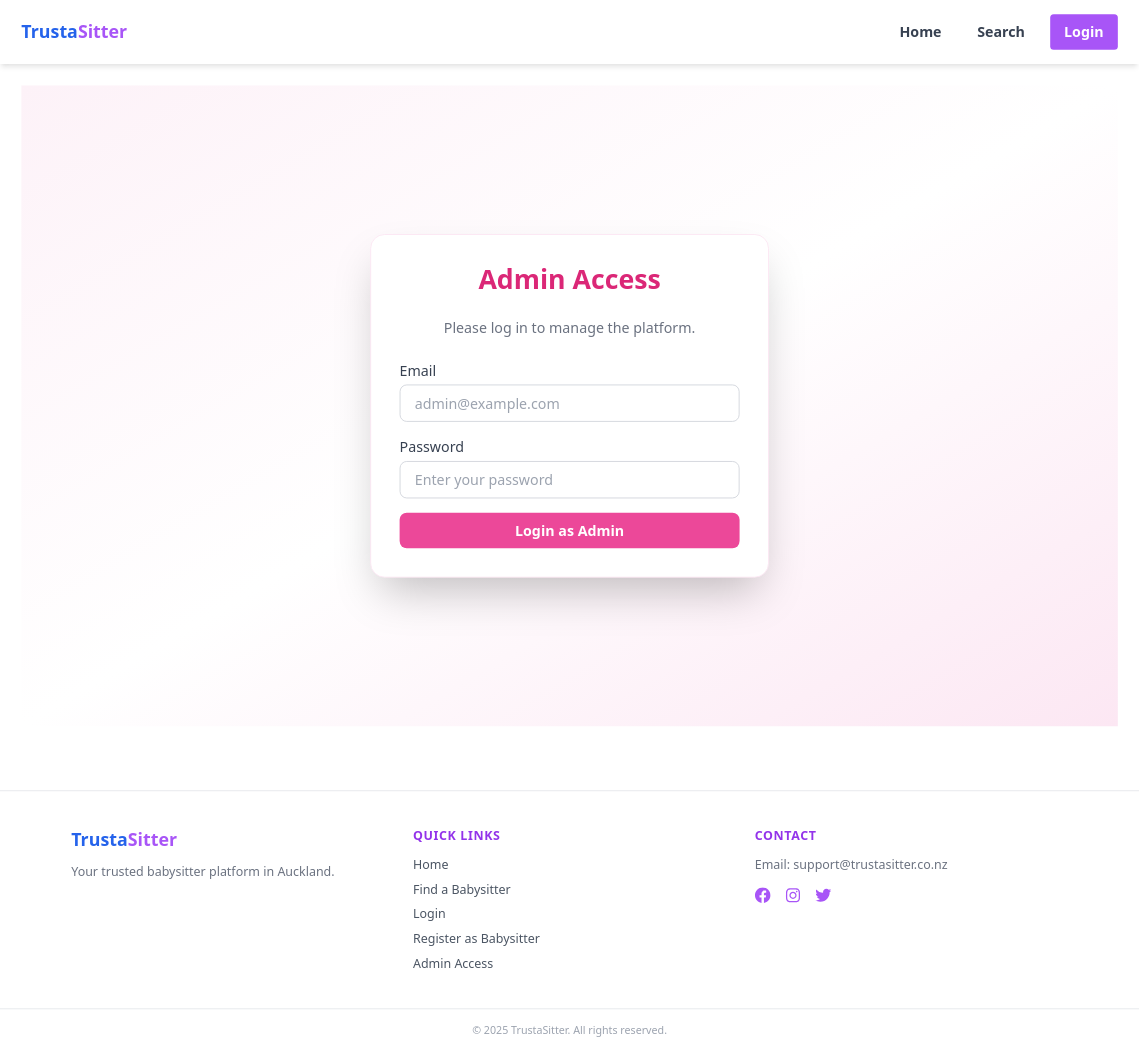
Repository: LargeWC-Code/TrustaSitter
Page: /admin-login (app in trustasitter-frontend/)
An editor plug-in stored every save of this project. The page is shown before and after the next save, followed by the edit.
The browser window is 1280 px wide. The pictures show the whole page, at 89% of full size.
The project was rebuilt for these pictures with package versions that can differ from the ones it lists, and the page was loaded fresh each time. Also part of the build but not shown: trustasitter-frontend/vite.config.js, trustasitter-frontend/src/pages/Home.jsx, trustasitter-frontend/src/pages/Search.jsx, trustasitter-frontend/src/services/api.js, trustasitter-frontend/src/pages/Login.jsx, trustasitter-frontend/src/pages/Bookings.jsx, trustasitter-frontend/src/pages/ChooseRole.jsx, trustasitter-frontend/src/pages/RegisterBabysitter.jsx and 7 more.

Above is the page before, as saved 2025-07-03 17:01:13.

### trustasitter-frontend/index.html
<!doctype html>
<html lang="en">
  <head>
    <meta charset="UTF-8" />
    <link rel="icon" type="image/png" href="/image.png" />
    <meta name="viewport" content="width=device-width, initial-scale=1.0" />
    <title>TrustaSitter</title>
  </head>
  <body>
    <div id="root"></div>
    <script type="module" src="/src/main.jsx"></script>
  </body>
</html>

### trustasitter-frontend/src/main.jsx
import React from 'react';
import ReactDOM from 'react-dom/client';
import App from './App';
import './index.css'; // Importing global styles
import { BrowserRouter } from 'react-router-dom';
import { AuthProvider } from './context/AuthContext';

ReactDOM.createRoot(document.getElementById('root')).render(
  <React.StrictMode>
    <AuthProvider>
        <App />
      </AuthProvider>
    </React.StrictMode>
);

### trustasitter-frontend/src/App.jsx
// App.jsx – Router setup with Navbar
import React from 'react';
import { BrowserRouter as Router, Routes, Route } from 'react-router-dom';

import Navbar from './components/Navbar';
import Footer from './components/Footer';
import Home from './pages/Home';
import Search from './pages/Search';
import Login from './pages/Login';
import Bookings from './pages/Bookings';
import ChooseRole from './pages/ChooseRole';
import RegisterBabysitter from './pages/RegisterBabysitter';
import RegisterClient from './pages/RegisterClient';
import HomeClient from './pages/HomeClient';
import HomeBabysitter from './pages/HomeBabysitter';
import ProfileBabysitter from "./pages/ProfileBabysitter";
import ProfileClient from './pages/ProfileClient';
import ScrollToTop from './components/ScrollToTop';
import ProtectedRoute from './components/ProtectedRoute';
import AdminDashboard from "./pages/AdminDashboard";
import AdminLogin from './pages/AdminLogin';

const App = () => {
  return (
    <Router>
      <ScrollToTop />
      <Navbar />
      <div className="p-6">
        <Routes>
          {/* Admin Login */}
          <Route path="/admin-login" element={<AdminLogin />} />

          {/* Admin Protected */}
          <Route
            path="/admin"
            element={
              <ProtectedRoute allowedRoles={["admin"]}>
                <AdminDashboard />
              </ProtectedRoute>
            }
          />

          {/* Public Routes */}
          <Route path="/" element={<Home />} />
          <Route path="/search" element={<Search />} />
          <Route path="/login" element={<Login />} />
          <Route path="/choose-role" element={<ChooseRole />} />
          <Route path="/register-babysitter" element={<RegisterBabysitter />} />
          <Route path="/register-client" element={<RegisterClient />} />

          {/* Protected Routes for Clients */}
          <Route
            path="/homeclient"
            element={
              <ProtectedRoute allowedRoles={["user"]}>
                <HomeClient />
              </ProtectedRoute>
            }
          />
          <Route
            path="/bookings"
            element={
              <ProtectedRoute allowedRoles={["user"]}>
                <Bookings />
              </ProtectedRoute>
            }
          />
          <Route
            path="/profile-client"
            element={
              <ProtectedRoute allowedRoles={["user"]}>
                <ProfileClient />
              </ProtectedRoute>
            }
          />

          {/* Protected Routes for Babysitters */}
          <Route
            path="/home-babysitter"
            element={
              <ProtectedRoute allowedRoles={["babysitter"]}>
                <HomeBabysitter />
              </ProtectedRoute>
            }
          />
          <Route
            path="/profile"
            element={
              <ProtectedRoute allowedRoles={["babysitter"]}>
                <ProfileBabysitter />
              </ProtectedRoute>
            }
          />
        </Routes>
      </div>
      <Footer />
    </Router>
  );
};

export default App;

### trustasitter-frontend/src/context/AuthContext.jsx
import React, { createContext, useState, useEffect } from "react";

export const AuthContext = createContext();

export const AuthProvider = ({ children }) => {
  const [user, setUser] = useState(null);
  const [token, setToken] = useState(null);
  const [role, setRole] = useState(null);
  const [isLoading, setIsLoading] = useState(true); // Indicates that charging has not finished

  useEffect(() => {
    const storedToken = localStorage.getItem("token");
    const storedUser = localStorage.getItem("user");
    const storedRole = localStorage.getItem("role");
    if (storedToken && storedUser) {
      setToken(storedToken);
      setUser(JSON.parse(storedUser));
      setRole(storedRole);
    }
    setIsLoading(false); // Indicates that charging has finished
  }, []);

  const login = (data) => {
    setToken(data.token);
    setUser(data.user);
    setRole(data.role);
    localStorage.setItem("token", data.token);
    localStorage.setItem("user", JSON.stringify(data.user));
    localStorage.setItem("role", data.role);
  };

  const logout = () => {
    setToken(null);
    setUser(null);
    setRole(null);
    localStorage.removeItem("token");
    localStorage.removeItem("user");
    localStorage.removeItem("role");
  };

  return (
    <AuthContext.Provider value={{ user, token, role, isLoading, login, logout }}>
      {children}
    </AuthContext.Provider>
  );
};

### trustasitter-frontend/src/components/Navbar.jsx
import React, { useContext } from "react";
import { Link, useNavigate } from "react-router-dom";
import { AuthContext } from "../context/AuthContext";

function Navbar() {
  const { user, role, logout } = useContext(AuthContext);
  const navigate = useNavigate();

  const handleLogout = () => {
    logout();
    navigate("/");
  };

  return (
    <nav className="bg-white shadow-md px-6 py-4 flex justify-between items-center">
      {/* Logo */}
      <div className="text-xl font-bold">
        <Link to="/" className="text-xl font-bold">
          <span className="text-blue-600">Trusta</span>
          <span className="text-purple-500">Sitter</span>
        </Link>
      </div>

      {/* Navigation Links */}
      <div className="flex items-center gap-4">
        <Link
          to="/"
          className="text-gray-700 font-semibold px-3 py-2 rounded hover:bg-purple-50 hover:text-purple-600 transition"
        >
          Home
        </Link>
        {role !== "babysitter" && (
          <Link
            to="/search"
            className="text-gray-700 font-semibold px-3 py-2 rounded hover:bg-purple-50 hover:text-purple-600 transition"
          >
            Search
          </Link>
        )}

        {!user && (
          <Link
            to="/login"
            className="bg-purple-500 hover:bg-purple-600 text-white font-semibold px-4 py-2 rounded transition"
          >
            Login
          </Link>
        )}

        {user && (
          <>
            {/* Dashboard link based on role */}
            <Link
              to={role === "user" ? "/homeclient" : "/home-babysitter"}
              className="text-gray-700 font-semibold px-3 py-2 rounded hover:bg-purple-50 hover:text-purple-600 transition"
            >
              Dashboard
            </Link>

            {/* Profile link based on role */}
            <Link
              to={role === "user" ? "/profile-client" : "/profile"}
              className="text-gray-700 font-semibold px-3 py-2 rounded hover:bg-purple-50 hover:text-purple-600 transition"
            >
              My Profile
            </Link>

            <button
              onClick={handleLogout}
              className="bg-red-500 hover:bg-red-600 text-white font-semibold px-4 py-2 rounded transition"
            >
              Logout
            </button>
          </>
        )}
      </div>
    </nav>
  );
}

export default Navbar;

### trustasitter-frontend/src/components/Footer.jsx
import React from 'react';
import { Link } from 'react-router-dom';
import { FaFacebook, FaInstagram, FaTwitter } from 'react-icons/fa';

const Footer = () => {
  return (
    <footer className="bg-white border-t mt-12">
      <div className="max-w-6xl mx-auto px-4 py-10 grid md:grid-cols-3 gap-8 text-sm text-gray-600">
        {/* Logo and description */}
        <div>
          <h2 className="text-xl font-bold mb-3">
            <span className="text-blue-600">Trusta</span>
            <span className="text-purple-500">Sitter</span>
          </h2>
          <p className="text-gray-500">Your trusted babysitter platform in Auckland.</p>
        </div>

        {/* Quick Links */}
        <div>
          <h3 className="font-semibold mb-3 text-purple-600 uppercase tracking-wider">Quick Links</h3>
          <ul className="space-y-2">
            <li>
              <Link
                to="/"
                onClick={() => window.scrollTo(0, 0)}
                className="hover:underline hover:text-purple-600 transition"
              >
                Home
              </Link>
            </li>
            <li>
              <Link
                to="/search"
                onClick={() => window.scrollTo(0, 0)}
                className="hover:underline hover:text-purple-600 transition"
              >
                Find a Babysitter
              </Link>
            </li>
            <li>
              <Link
                to="/login"
                onClick={() => window.scrollTo(0, 0)}
                className="hover:underline hover:text-purple-600 transition"
              >
                Login
              </Link>
            </li>
            <li>
              <Link
                to="/register-babysitter"
                onClick={() => window.scrollTo(0, 0)}
                className="hover:underline hover:text-purple-600 transition"
              >
                Register as Babysitter
              </Link>
            </li>
            <li>
              <Link
                to="/admin-login"
                onClick={() => window.scrollTo(0, 0)}
                className="hover:underline hover:text-purple-600 transition"
              >
                Admin Access
              </Link>
              </li>
          </ul>
        </div>

        {/* Contact and socials */}
        <div>
          <h3 className="font-semibold mb-3 text-purple-600 uppercase tracking-wider">Contact</h3>
          <p className="text-gray-500">Email: support@trustasitter.co.nz</p>
          <div className="flex space-x-4 mt-4">
            <a href="#" className="text-purple-500 hover:text-purple-700 transition">
              <FaFacebook size={18} />
            </a>
            <a href="#" className="text-purple-500 hover:text-purple-700 transition">
              <FaInstagram size={18} />
            </a>
            <a href="#" className="text-purple-500 hover:text-purple-700 transition">
              <FaTwitter size={18} />
            </a>
          </div>
        </div>
      </div>
      <div className="text-center text-xs text-gray-400 py-4 border-t">
        © {new Date().getFullYear()} TrustaSitter. All rights reserved.
      </div>
    </footer>
  );
};

export default Footer;

### trustasitter-frontend/src/components/ScrollToTop.jsx
import { useEffect } from "react";
import { useLocation } from "react-router-dom";

export default function ScrollToTop() {
  const { pathname } = useLocation();

  useEffect(() => {
    window.scrollTo(0, 0);
  }, [pathname]);

  return null;
}
// This component will scroll to the top of the page whenever the pathname changes.

### trustasitter-frontend/src/pages/AdminLogin.jsx
import React, { useState, useContext } from "react";
import { useNavigate } from "react-router-dom";
import { AuthContext } from "../context/AuthContext";
import axios from "axios";

const AdminLogin = () => {
  const [email, setEmail] = useState("");
  const [password, setPassword] = useState("");
  const [error, setError] = useState("");
  const navigate = useNavigate();
  const { login } = useContext(AuthContext);

  const handleSubmit = async (e) => {
    e.preventDefault();
    setError("");

    try {
      const response = await axios.post("http://localhost:3000/api/admin/login", {
        email,
        password,
      });

      const data = response.data;

      login({
        token: data.token,
        user: data.user,
        role: "admin",
      });

      navigate("/admin");
    } catch (err) {
      console.error("Admin login error:", err);
      setError("Invalid credentials. Please try again.");
    }
  };

  return (
    <main className="flex items-center justify-center min-h-screen bg-gradient-to-br from-pink-50 via-white to-pink-100">
      <div className="w-full max-w-md p-8 bg-white rounded-2xl shadow-2xl border border-pink-100">
        <h2 className="text-3xl font-extrabold text-center mb-6 text-pink-600">
          Admin Access
        </h2>
        <p className="text-center text-gray-500 mb-6">
          Please log in to manage the platform.
        </p>
        {error && (
          <p className="text-red-500 text-center mb-4">{error}</p>
        )}
        <form onSubmit={handleSubmit} className="space-y-4">
          <div>
            <label className="block mb-1 text-gray-700 font-medium">Email</label>
            <input
              type="email"
              value={email}
              onChange={(e) => setEmail(e.target.value)}
              className="w-full px-4 py-2 border border-gray-300 rounded-lg focus:outline-none focus:ring-2 focus:ring-pink-400"
              placeholder="admin@example.com"
              required
            />
          </div>
          <div>
            <label className="block mb-1 text-gray-700 font-medium">Password</label>
            <input
              type="password"
              value={password}
              onChange={(e) => setPassword(e.target.value)}
              className="w-full px-4 py-2 border border-gray-300 rounded-lg focus:outline-none focus:ring-2 focus:ring-pink-400"
              placeholder="Enter your password"
              required
            />
          </div>
          <button
            type="submit"
            className="w-full bg-pink-500 hover:bg-pink-600 text-white py-2 rounded-lg font-semibold transition"
          >
            Login as Admin
          </button>
        </form>
      </div>
    </main>
  );
};

export default AdminLogin;

Loaded but not shown: trustasitter-frontend/src/index.css (common file); trustasitter-frontend/tailwind.config.js (common file)

After the next save:
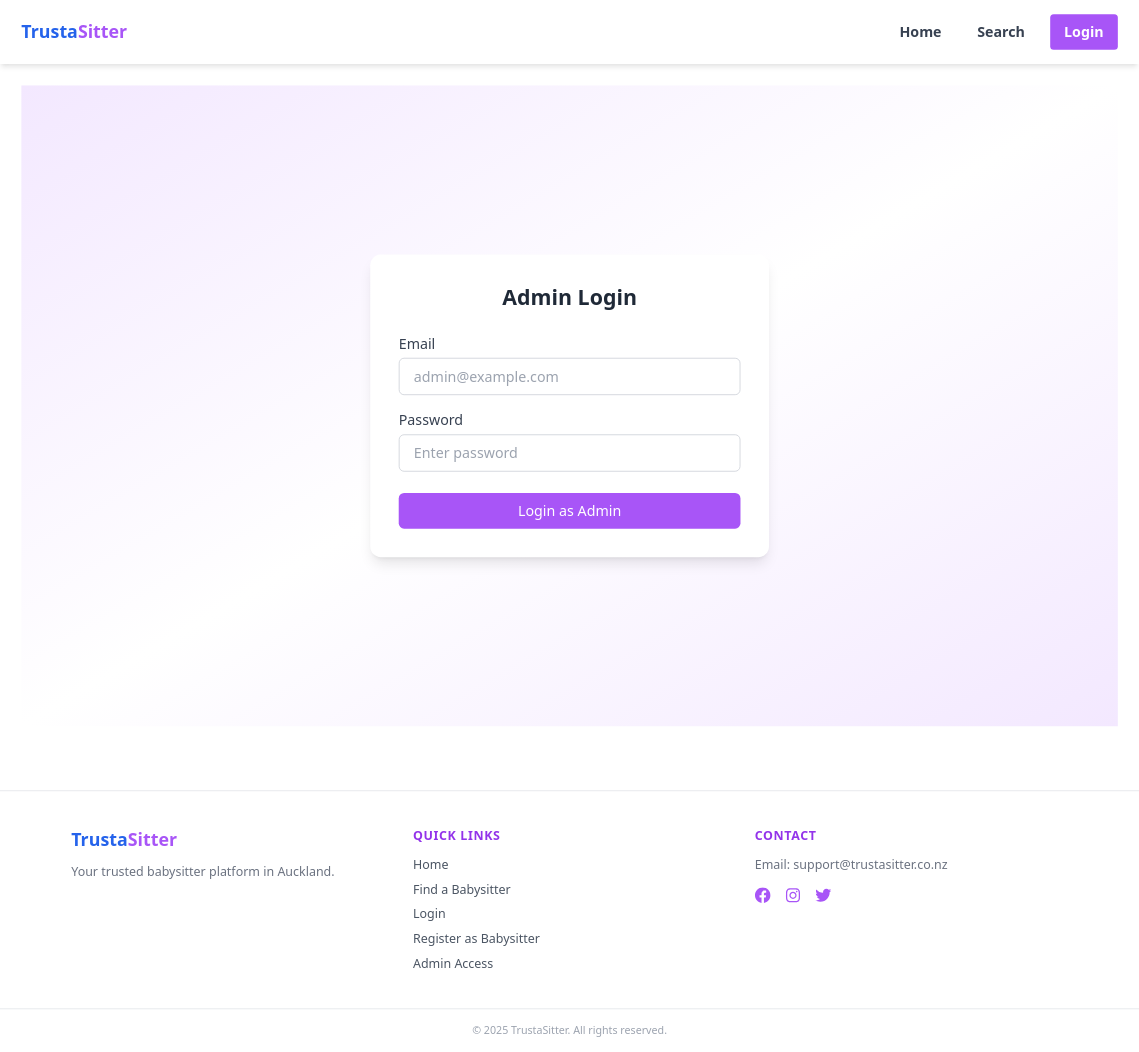
Saved 9 s later.
--- a/trustasitter-frontend/src/pages/AdminLogin.jsx
+++ b/trustasitter-frontend/src/pages/AdminLogin.jsx
@@ -15,6 +15,7 @@ const AdminLogin = () => {
     setError("");
 
     try {
+      //
       const response = await axios.post("http://localhost:3000/api/admin/login", {
         email,
         password,
@@ -36,43 +37,38 @@ const AdminLogin = () => {
   };
 
   return (
-    <main className="flex items-center justify-center min-h-screen bg-gradient-to-br from-pink-50 via-white to-pink-100">
-      <div className="w-full max-w-md p-8 bg-white rounded-2xl shadow-2xl border border-pink-100">
-        <h2 className="text-3xl font-extrabold text-center mb-6 text-pink-600">
-          Admin Access
-        </h2>
-        <p className="text-center text-gray-500 mb-6">
-          Please log in to manage the platform.
-        </p>
+    <main className="flex items-center justify-center min-h-screen bg-gradient-to-br from-purple-100 via-white to-purple-100">
+      <div className="w-full max-w-md p-8 bg-white rounded-xl shadow-lg">
+        <h2 className="text-2xl font-bold text-center mb-6 text-gray-800">Admin Login</h2>
         {error && (
           <p className="text-red-500 text-center mb-4">{error}</p>
         )}
-        <form onSubmit={handleSubmit} className="space-y-4">
-          <div>
-            <label className="block mb-1 text-gray-700 font-medium">Email</label>
+        <form onSubmit={handleSubmit}>
+          <div className="mb-4">
+            <label className="block mb-1 text-gray-700">Email</label>
             <input
               type="email"
               value={email}
               onChange={(e) => setEmail(e.target.value)}
-              className="w-full px-4 py-2 border border-gray-300 rounded-lg focus:outline-none focus:ring-2 focus:ring-pink-400"
+              className="w-full px-4 py-2 border border-gray-300 rounded-md focus:outline-none focus:ring-2 focus:ring-purple-500"
               placeholder="admin@example.com"
               required
             />
           </div>
-          <div>
-            <label className="block mb-1 text-gray-700 font-medium">Password</label>
+          <div className="mb-6">
+            <label className="block mb-1 text-gray-700">Password</label>
             <input
               type="password"
               value={password}
               onChange={(e) => setPassword(e.target.value)}
-              className="w-full px-4 py-2 border border-gray-300 rounded-lg focus:outline-none focus:ring-2 focus:ring-pink-400"
-              placeholder="Enter your password"
+              className="w-full px-4 py-2 border border-gray-300 rounded-md focus:outline-none focus:ring-2 focus:ring-purple-500"
+              placeholder="Enter password"
               required
             />
           </div>
           <button
             type="submit"
-            className="w-full bg-pink-500 hover:bg-pink-600 text-white py-2 rounded-lg font-semibold transition"
+            className="w-full bg-purple-500 text-white py-2 rounded-md hover:bg-purple-600"
           >
             Login as Admin
           </button>
